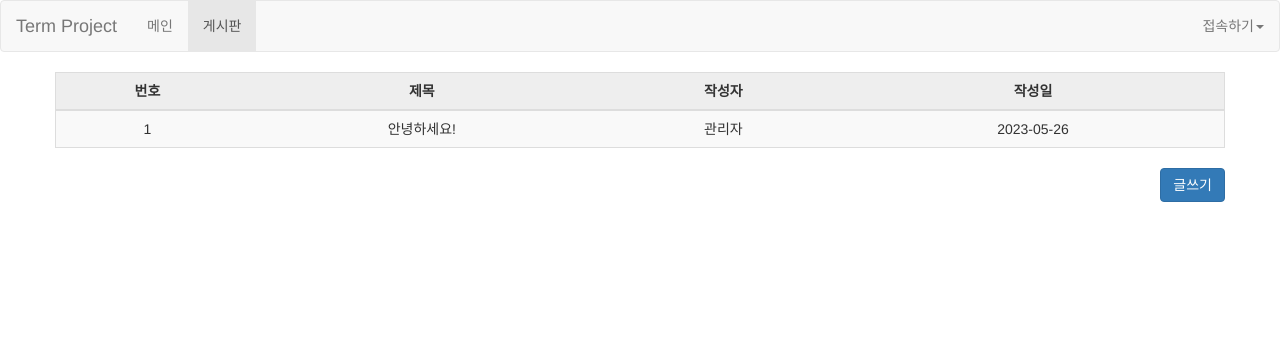
Repository: subsub97/web_bulletin-board
Page: http://localhost/BBS/bbs.jsp
An editor plug-in stored every save of this project. The page is shown before and after the next save, followed by the edit.
The browser window is 1280 px wide. The pictures show the whole page.
Some web libraries are served in a nearby version. The page is served by Tomcat 9.

Above is the page before, as saved 2023-05-26 01:30:45.

After the next save:
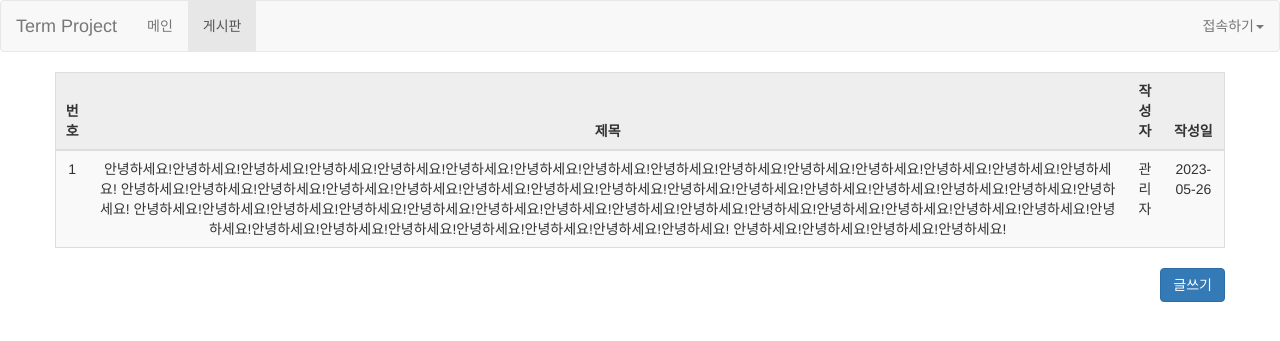
Saved 51 s later.
--- a/Projects/BBS/src/main/webapp/bbs.jsp
+++ b/Projects/BBS/src/main/webapp/bbs.jsp
@@ -81,7 +81,10 @@
 				<tbody>
 					<tr>
 						<td>1</td>
-						<td>안녕하세요!</td>
+						<td>안녕하세요!안녕하세요!안녕하세요!안녕하세요!안녕하세요!안녕하세요!안녕하세요!안녕하세요!안녕하세요!안녕하세요!안녕하세요!안녕하세요!안녕하세요!안녕하세요!안녕하세요!
+						안녕하세요!안녕하세요!안녕하세요!안녕하세요!안녕하세요!안녕하세요!안녕하세요!안녕하세요!안녕하세요!안녕하세요!안녕하세요!안녕하세요!안녕하세요!안녕하세요!안녕하세요!
+						안녕하세요!안녕하세요!안녕하세요!안녕하세요!안녕하세요!안녕하세요!안녕하세요!안녕하세요!안녕하세요!안녕하세요!안녕하세요!안녕하세요!안녕하세요!안녕하세요!안녕하세요!안녕하세요!안녕하세요!안녕하세요!안녕하세요!안녕하세요!안녕하세요!안녕하세요!
+						안녕하세요!안녕하세요!안녕하세요!안녕하세요!</td>
 						<td>관리자</td>
 						<td>2023-05-26</td>
 					</tr>

After the save that followed:
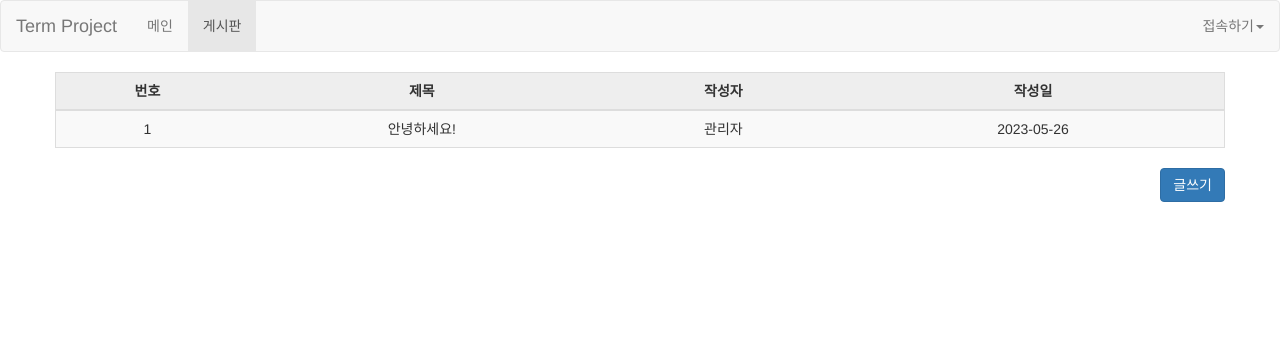
Saved 17 s later.
--- a/Projects/BBS/src/main/webapp/bbs.jsp
+++ b/Projects/BBS/src/main/webapp/bbs.jsp
@@ -81,10 +81,7 @@
 				<tbody>
 					<tr>
 						<td>1</td>
-						<td>안녕하세요!안녕하세요!안녕하세요!안녕하세요!안녕하세요!안녕하세요!안녕하세요!안녕하세요!안녕하세요!안녕하세요!안녕하세요!안녕하세요!안녕하세요!안녕하세요!안녕하세요!
-						안녕하세요!안녕하세요!안녕하세요!안녕하세요!안녕하세요!안녕하세요!안녕하세요!안녕하세요!안녕하세요!안녕하세요!안녕하세요!안녕하세요!안녕하세요!안녕하세요!안녕하세요!
-						안녕하세요!안녕하세요!안녕하세요!안녕하세요!안녕하세요!안녕하세요!안녕하세요!안녕하세요!안녕하세요!안녕하세요!안녕하세요!안녕하세요!안녕하세요!안녕하세요!안녕하세요!안녕하세요!안녕하세요!안녕하세요!안녕하세요!안녕하세요!안녕하세요!안녕하세요!
-						안녕하세요!안녕하세요!안녕하세요!안녕하세요!</td>
+						<td>안녕하세요!</td>
 						<td>관리자</td>
 						<td>2023-05-26</td>
 					</tr>
